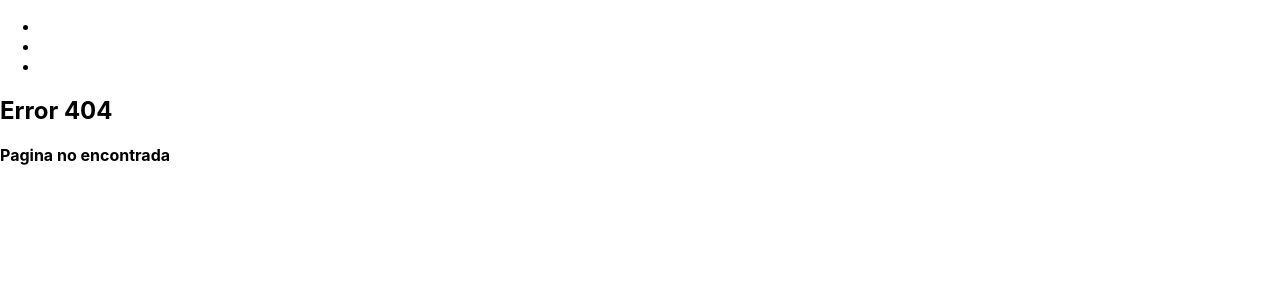
Repository: DamianBermudez94/react-router
Page: /parametrosRutas
These files come from the project's save history. The page is drawn as it stood at one moment and after the next save; the edit follows.
The browser window is 1280 px wide. The pictures show the whole page.
The project was rebuilt for these pictures with package versions that can differ from the ones it lists, and the page was loaded fresh each time. Also part of the build but not shown: src/App.css, src/components/Inicio.js, src/components/Articulos.js, src/components/Contacto.js.

Above is the page before, as saved 2023-04-28 18:27:30.

### src/App.js

import './App.css';
import { RouterPrincipal } from './routers/RouterPrincipal';

function App() {
  return (
    <RouterPrincipal/>
  );
}

export default App;

### src/routers/RouterPrincipal.js
import React from 'react'
import { Routes, Route, NavLink, BrowserRouter} from "react-router-dom";
import { Inicio } from '../components/Inicio'
import { Articulos } from '../components/Articulos';
import { Contacto } from '../components/Contacto';
import { Error } from '../components/Error'
export const RouterPrincipal = () => {
  return (
    <div>
        <BrowserRouter>
            <nav>
                <ul>
                  <li><NavLink to="/inicio"></NavLink></li>
                  <li><NavLink to="/contacto"></NavLink></li>
                  <li><NavLink to="/articulos"></NavLink></li>
                </ul>
            </nav>
            <Routes>
                <Route path='/' element={<Inicio/>}/>
                <Route path='/inicio' element={<Inicio/>}/>
                <Route path='contacto' element={<Contacto/>}/>
                <Route path='artivulos' element={<Articulos />}/>
                <Route path='*' element={<Error/>}/>
            </Routes>

        </BrowserRouter>

    </div>
  )
}

### src/components/Error.js
import React from 'react'

export const Error = () => {
  return (
    <div>
        <h2>Error 404</h2>
        <strong>Pagina no encontrada</strong>


    </div>
  )
}

Loaded but not shown: public/index.html (common file); src/index.js (common file); src/index.css (common file)

After the next save:
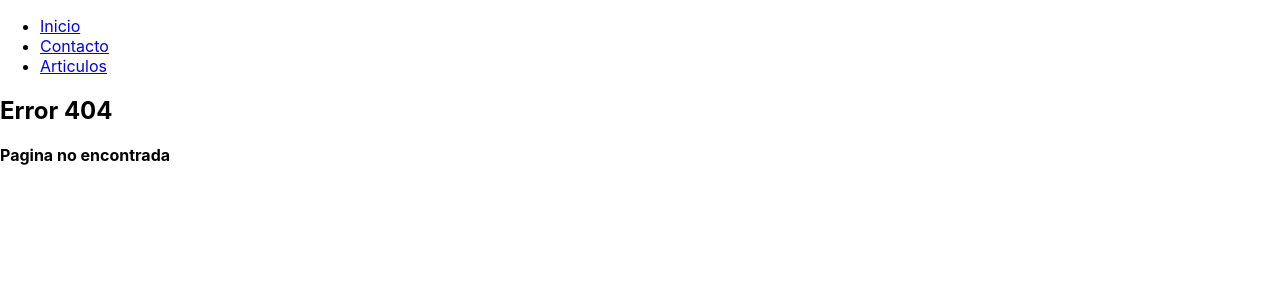
Saved 21 s later.
--- a/src/routers/RouterPrincipal.js
+++ b/src/routers/RouterPrincipal.js
@@ -10,9 +10,9 @@ export const RouterPrincipal = () => {
         <BrowserRouter>
             <nav>
                 <ul>
-                  <li><NavLink to="/inicio"></NavLink></li>
-                  <li><NavLink to="/contacto"></NavLink></li>
-                  <li><NavLink to="/articulos"></NavLink></li>
+                  <li><NavLink to="/inicio">Inicio</NavLink></li>
+                  <li><NavLink to="/contacto">Contacto</NavLink></li>
+                  <li><NavLink to="/articulos">Articulos</NavLink></li>
                 </ul>
             </nav>
             <Routes>
